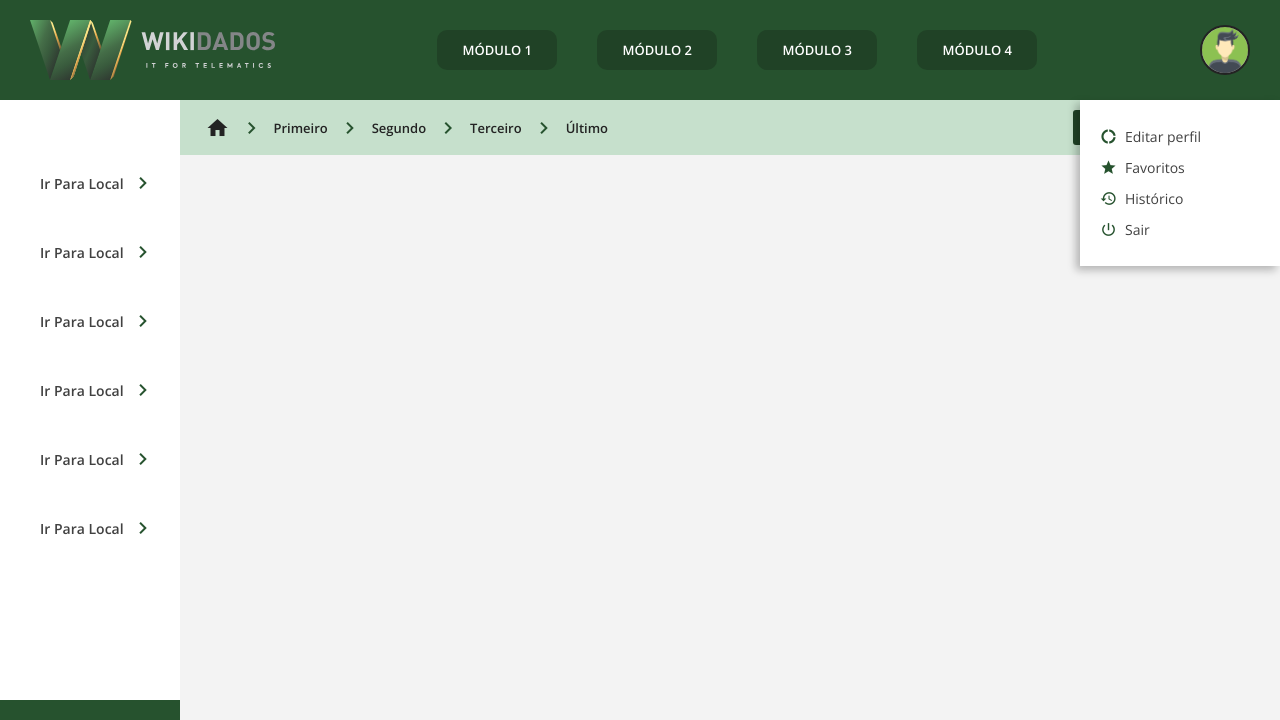
Repository: AlexDjon/alexdjon.github.io
Page: wiki-relayout/index.html
An editor plug-in stored every save of this project. The page is shown before and after the next save, followed by the edit.
The browser window is 1280 px wide. The pictures show the whole page.
After loading, the first visible `button.user` was clicked once.

Above is the page before, as saved 2020-08-12 16:02:05.

After the next save:
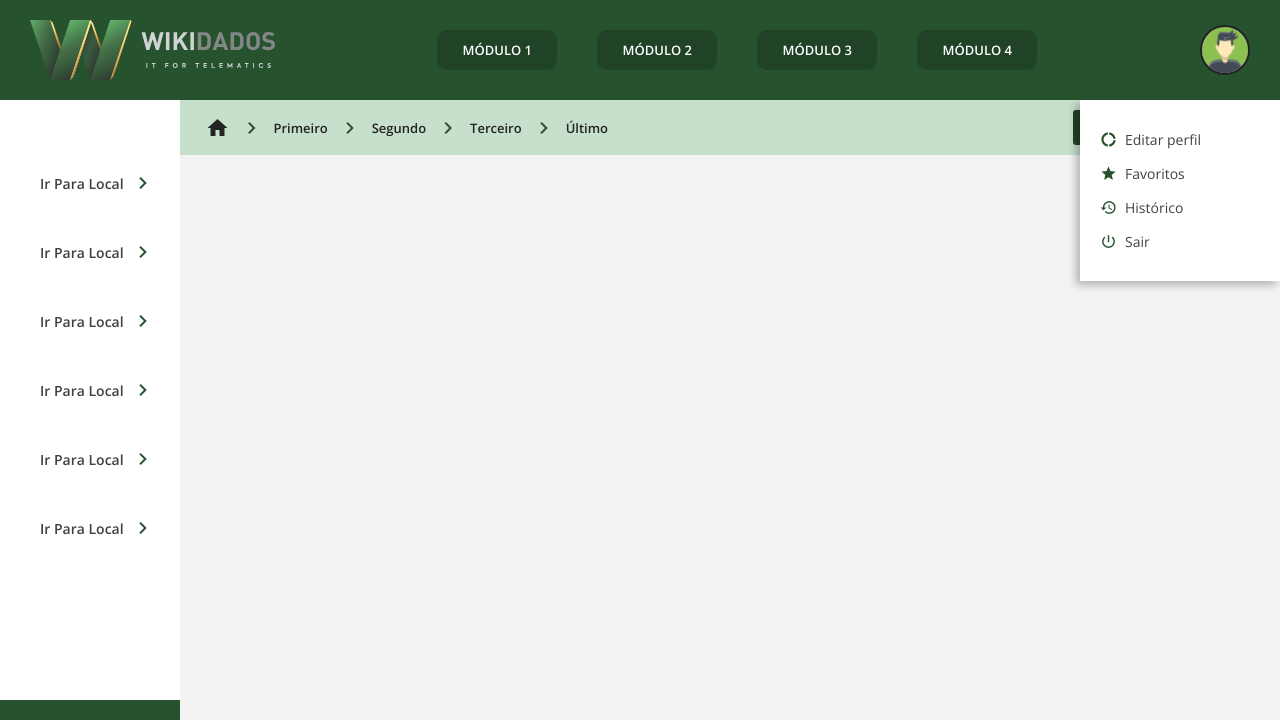
Saved 16 s later.
--- a/wiki-relayout/css/styles.css
+++ b/wiki-relayout/css/styles.css
@@ -89,7 +89,7 @@ body {
   padding: 15px 20px;
 }
 .areas ul li {
-  margin: 12px 0;
+  margin: 15px 0;
   font-size: 14px;
   color: var(--black2);
 
